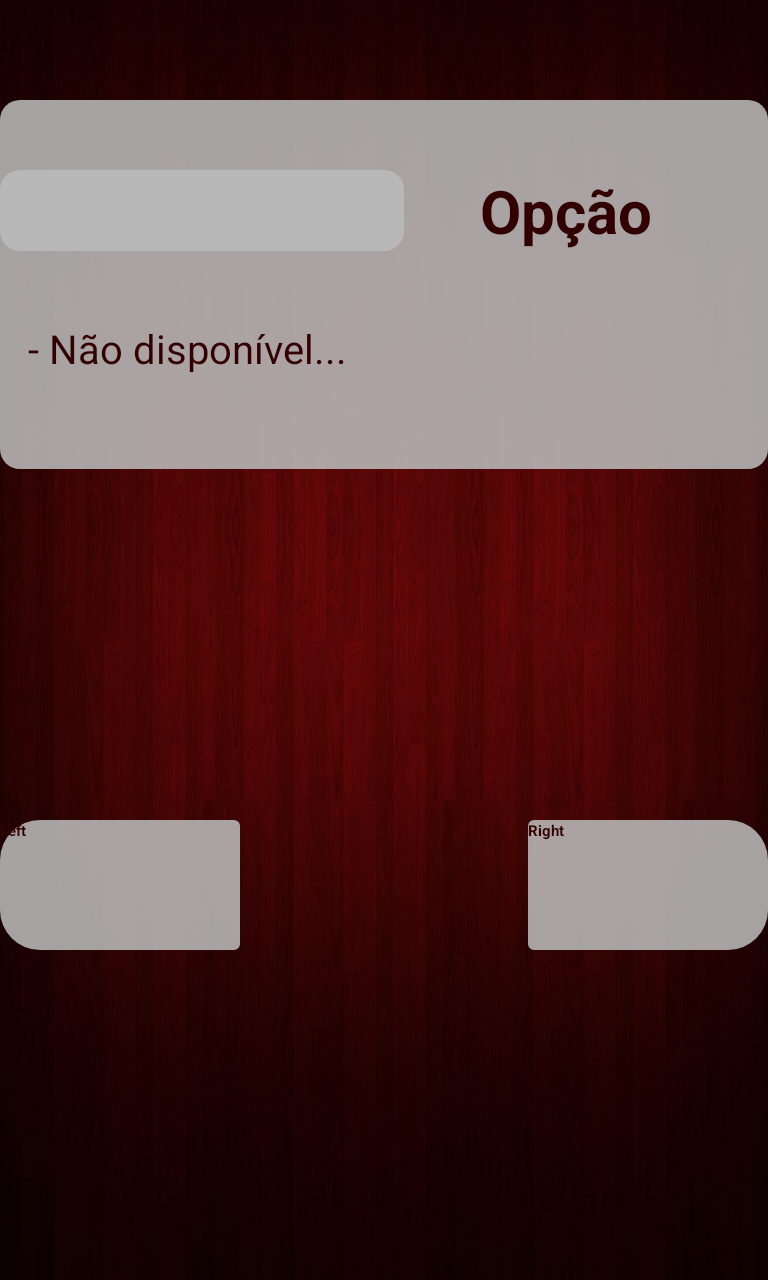
Repository: LuisFilipeDias/eMenu
Layout: SideMenuTutorial/res/layout/display_fragment.xml
An editor plug-in stored every save of this project. The layout is shown before and after the next save, followed by the edit.
It is drawn on a 768 x 1280 px phone screen (xhdpi) without system bars, with theme Theme.Sherlock; the app's code is not run.

Above is the layout before, as saved 2013-12-23 18:57:03.

### SideMenuTutorial/res/layout/display_fragment.xml
<LinearLayout xmlns:android="http://schemas.android.com/apk/res/android"
    xmlns:tools="http://schemas.android.com/tools"
    android:id="@+id/scrollView1"
    android:layout_width="match_parent"
    android:layout_height="match_parent"
	android:layout_marginLeft="15dp"
	android:layout_marginRight="15dp"
    android:orientation="vertical"
    android:background="@drawable/back_a"
    tools:context=".MainActivity" >

	<ScrollView
	    android:layout_width="match_parent"
	    android:layout_height="match_parent" >


    <RelativeLayout
        android:layout_width="match_parent"
        android:layout_height="match_parent">

	    <ScrollView
            android:id="@+id/display_scroll"
	        android:layout_width="match_parent"
	        android:layout_height="380dp" >

            <RelativeLayout
                android:id="@+id/display_ll_1"
                android:layout_width="match_parent"
                android:layout_height="wrap_content"
                android:layout_marginBottom="100dp"
                android:layout_marginTop="50dp"
                android:background="@drawable/center_clicked"
                android:orientation="vertical" >

                <TextView
                    android:id="@+id/bogus_ttl"
                    android:layout_width="202dp"
                    android:layout_height="wrap_content"
                    android:layout_marginBottom="20dp"
                    android:layout_marginTop="35dp"
                    android:layout_alignParentLeft="true"
                    android:gravity="center_horizontal|center_vertical"
                    android:background="@drawable/center_clicked"
                    android:textAppearance="?android:attr/textAppearanceLarge"
                    android:textColor="@color/brown"
                    android:textSize="30sp"
                    android:textStyle="bold" />

                <TextView
                    android:id="@+id/bogus_ttl"
                    android:layout_width="202dp"
                    android:layout_height="wrap_content"
                    android:layout_marginBottom="20dp"
                    android:layout_marginTop="35dp"
                    android:layout_alignParentRight="true"
                    android:gravity="center_horizontal|center_vertical"
                    android:text="@string/bogus_ttl"
                    android:textAppearance="?android:attr/textAppearanceLarge"
                    android:textColor="@color/brown"
                    android:textSize="30sp"
                    android:textStyle="bold" />

                <RelativeLayout
                    android:id="@+id/disp_rel2"
                    android:layout_width="match_parent"
                    android:layout_height="wrap_content"
                    android:layout_marginTop="15dp"
                    android:orientation="vertical"
                    android:layout_below="@+id/bogus_ttl" >

                    <TextView
                        android:id="@+id/bogus_txt"
                        android:layout_width="wrap_content"
                        android:layout_height="wrap_content"
                        android:layout_alignParentLeft="true"
                        android:layout_alignParentTop="true"
                        android:layout_marginLeft="14dp"
                        android:maxWidth="230dp"
                        android:text="@string/bogus_txt"
                        android:textAppearance="?android:attr/textAppearanceLarge"
                        android:textColor="@color/brown"
                        android:textSize="20sp" />

                    <TextView
                        android:id="@+id/bogus_price"
                        android:layout_width="wrap_content"
                        android:layout_height="wrap_content"
                        android:layout_alignParentRight="true"
                        android:layout_alignParentTop="true"
                        android:layout_marginRight="14dp"
                        android:gravity="center_horizontal"
                        android:text="@string/bogus_price"
                        android:textAppearance="?android:attr/textAppearanceLarge"
                        android:textColor="@color/brown"
                        android:textSize="20sp"
                        android:textStyle="bold" />
                </RelativeLayout>
            </RelativeLayout>
    	</ScrollView>

	        <RelativeLayout
	            android:layout_marginTop="30dp"
	            android:layout_width="match_parent"
	            android:layout_height="match_parent"
	            android:layout_alignParentBottom="true"
	            android:layout_below="@+id/display_scroll" >

	            <Button
	                android:id="@+id/right_button"
	                android:text="@string/right_btn_txt"
                    android:textColor="@color/brown"
	                android:textStyle="bold"
	                android:layout_width="120dp"
	                android:layout_height="65dp"
	                android:background="@drawable/right_tri_clicked"
	                android:orientation="vertical"
	                android:layout_alignParentRight="true"
	                android:onClick="rightClicked" >
	            </Button>

	            <Button
	                android:id="@+id/left_button"
	                android:text="@string/left_btn_txt"
                    android:textColor="@color/brown"
	                android:textStyle="bold"
	                android:layout_width="120dp"
	                android:layout_height="65dp"
	                android:background="@drawable/left_tri_clicked"
	                android:orientation="vertical"
	                android:layout_alignParentLeft="true"
	                android:onClick="leftClicked" >
	            </Button>
        	</RelativeLayout>
    </RelativeLayout>
    </ScrollView>

</LinearLayout>

### SideMenuTutorial/res/drawable/center_clicked.xml
<?xml version="1.0" encoding="utf-8"?>
<selector xmlns:android="http://schemas.android.com/apk/res/android">
<!-- Button Focused-->
    <item   android:state_focused="true"
            android:state_pressed="false"
            android:drawable="@drawable/center_bg"
            />
<!-- Button Focused Pressed-->
    <item   android:state_focused="true"
            android:state_pressed="true"
            android:drawable="@drawable/center_bg"
            />
<!-- Button Pressed-->
    <item   android:state_focused="false"
            android:state_pressed="true"
            android:drawable="@drawable/center_bg"
            />
<!-- Button Default Image-->
    <item   android:drawable="@drawable/center_hover"/>

</selector>

### SideMenuTutorial/res/values/colors.xml
<?xml version="1.0" encoding="utf-8"?>
<resources>
        <color name="background_color">#888888</color>
        <color name="text_color">#00FFFF</color>
        <color name="random_color">#0000FF</color>
        <color name="light_grey">#EBEBEB</color>
        <color name="medium_grey">#A0A0A0</color>
        <color name="dark_grey">#646464</color>
        <color name="light_red">#FFE2E2</color>
        <color name="medium_red">#FFB4B4</color>
        <color name="light_blue">#E2E2FF</color>
        <color name="medium_blue">#B4B4FF</color>
        <color name="dark_blue">#0000FF</color>
        <color name="light_green">#E2FFE2</color>
        <color name="medium_green">#B4FFB4</color>
        <color name="emenu_color">#9F9F9F</color>
        <color name="light_orange">#FFC983</color>
        <color name="medium_orange">#FFB778</color>
        <color name="light_yellow">#FFFFBF</color>
        <color name="medium_yellow">#FFFFA3</color>
        <color name="white">#FFFFFF</color>
        <color name="top_blue">#3399CC</color>
        <color name="brown">#330000</color>
</resources>

### SideMenuTutorial/res/values/strings.xml
<?xml version="1.0" encoding="utf-8"?>
<resources>


    <string name="drawer_close">drawer_close</string>
    <string name="drawer_open">drawer_open</string>
    <string name="title_activity_fetch_database">title_activity_fetch_database</string>
    <string name="title_activity_main">Escolher Restaurante</string>
    <string name="title_activity_display">Escolher Opção</string>
    <string name="title_activity_menu">Restaurantes</string>
    <string name="title_display_activity">Escolher</string>
    <string name="action_settings">action_settings</string>
    <string name="Fragment1">Fragment1</string>
    <string name="Fragment2">Fragment2</string>
    <string name="Fragment3">Fragment3</string>
    <string name="hello_world">Hello</string>
    <string name="Fragment1">Fragment1</string>
    <string name="menu_settings">Definições</string>

    <string name="menu_txt">Menus</string>
    <string name="entry_txt">Entradas</string>
    <string name="meat_txt">Pratos de Carne</string>
    <string name="fish_txt">Pratos de peixe</string>
    <string name="others_txt">Outros Pratos</string>
    <string name="deserts_txt">Sobremesas</string>
    <string name="drinks_txt">Bebidas</string>

    <string name="app_name">eMenu</string>
    <string name="carte_ttl">Ementas</string>
    <string name="info_ttl">Informações</string>

    <string name="resumee_ttl">Resumo:</string>
    <string name="resumee_txt">.    Não definido    </string>
    <string name="website_ttl">Website:</string>
    <string name="website_txt">.    Não definido    </string>
    <string name="location_ttl">Localização:</string>
    <string name="location_txt">.    Não definido    </string>
    <string name="contacts_ttl">Contactos:</string>
    <string name="phone_txt">- Telefones -</string>
    <string name="email_txt">- Emails -</string>

    <string name="bogus_ttl">Opção</string>
    <string name="bogus_txt"> - Não disponível...\n\n</string>
    <string name="bogus_price"> </string>

    <string name="left_btn_txt">Left</string>
    <string name="right_btn_txt">Right</string>
</resources>

### SideMenuTutorial/res/drawable/right_tri_clicked.xml
<?xml version="1.0" encoding="utf-8"?>
<selector xmlns:android="http://schemas.android.com/apk/res/android">
<!-- Button Focused-->
    <item   android:state_focused="true"
            android:state_pressed="false"
            android:drawable="@drawable/right_tri_bg"
            />
<!-- Button Focused Pressed-->
    <item   android:state_focused="true"
            android:state_pressed="true"
            android:drawable="@drawable/right_tri_bg"
            />
<!-- Button Pressed-->
    <item   android:state_focused="false"
            android:state_pressed="true"
            android:drawable="@drawable/right_tri_bg"
            />
<!-- Button Default Image-->
    <item   android:drawable="@drawable/right_tri_hover"/>

</selector>

### SideMenuTutorial/res/drawable/left_tri_clicked.xml
<?xml version="1.0" encoding="utf-8"?>
<selector xmlns:android="http://schemas.android.com/apk/res/android">
<!-- Button Focused-->
    <item   android:state_focused="true"
            android:state_pressed="false"
            android:drawable="@drawable/left_tri_bg"
            />
<!-- Button Focused Pressed-->
    <item   android:state_focused="true"
            android:state_pressed="true"
            android:drawable="@drawable/left_tri_bg"
            />
<!-- Button Pressed-->
    <item   android:state_focused="false"
            android:state_pressed="true"
            android:drawable="@drawable/left_tri_bg"
            />
<!-- Button Default Image-->
    <item   android:drawable="@drawable/left_tri_hover"/>

</selector>

### SideMenuTutorial/res/drawable/left_tri_bg.xml
<?xml version="1.0" encoding="UTF-8"?>
<shape xmlns:android="http://schemas.android.com/apk/res/android">
<!--this is to give gradient effect -->
<gradient   android:angle="270"
            android:startColor="#FFFFFFFF"
            android:endColor="#FFFFFFFF"
            />
<!-- this is make corners of button rounded -->
<corners    android:topLeftRadius="20dip"
               android:bottomRightRadius="3dip"
               android:topRightRadius="3dip"
               android:bottomLeftRadius="20dip"/>

</shape>

### SideMenuTutorial/res/drawable/left_tri_hover.xml
<?xml version="1.0" encoding="UTF-8"?>
<shape xmlns:android="http://schemas.android.com/apk/res/android">
<!--this is to give gradient effect -->
<gradient   android:angle="270"
               android:startColor="#DDBBBBBB"
               android:endColor="#DDBBBBBB"
               />
<!-- this is make corners of button rounded -->
<corners    android:topLeftRadius="20dip"
               android:bottomRightRadius="3dip"
               android:topRightRadius="3dip"
               android:bottomLeftRadius="20dip"/>

</shape>

### SideMenuTutorial/res/drawable/right_tri_bg.xml
<?xml version="1.0" encoding="UTF-8"?>
<shape xmlns:android="http://schemas.android.com/apk/res/android">
<!--this is to give gradient effect -->
<gradient   android:angle="270"
            android:startColor="#FFFFFFFF"
            android:endColor="#FFFFFFFF"
            />
<!-- this is make corners of button rounded -->
<corners    android:topLeftRadius="3dip"
               android:bottomRightRadius="20dip"
               android:topRightRadius="20dip"
               android:bottomLeftRadius="3dip"/>

</shape>

### SideMenuTutorial/res/drawable/right_tri_hover.xml
<?xml version="1.0" encoding="UTF-8"?>
<shape xmlns:android="http://schemas.android.com/apk/res/android">
<!--this is to give gradient effect -->
<gradient   android:angle="270"
               android:startColor="#DDBBBBBB"
               android:endColor="#DDBBBBBB"
               />
<!-- this is make corners of button rounded -->
<corners    android:topLeftRadius="3dip"
               android:bottomRightRadius="20dip"
               android:topRightRadius="20dip"
               android:bottomLeftRadius="3dip"/>

</shape>

### SideMenuTutorial/res/drawable/center_bg.xml
<?xml version="1.0" encoding="UTF-8"?>
<shape xmlns:android="http://schemas.android.com/apk/res/android">
<!--this is to give gradient effect -->
<gradient   android:angle="270"
            android:startColor="#FFFFFFFF"
            android:endColor="#FFFFFFFF"
            />
<!-- this is make corners of button rounded -->
<corners    android:topLeftRadius="10dip"
               android:bottomRightRadius="10dip"
               android:topRightRadius="10dip"
               android:bottomLeftRadius="10dip"/>

</shape>

### SideMenuTutorial/res/drawable/center_hover.xml
<?xml version="1.0" encoding="UTF-8"?>
<shape xmlns:android="http://schemas.android.com/apk/res/android">
<!--this is to give gradient effect -->
<gradient   android:angle="270"
               android:startColor="#DDBBBBBB"
               android:endColor="#DDBBBBBB"
               />
<!-- this is make corners of button rounded -->
<corners    android:topLeftRadius="10dip"
               android:bottomRightRadius="10dip"
               android:topRightRadius="10dip"
               android:bottomLeftRadius="10dip"/>

</shape>

After the next save:
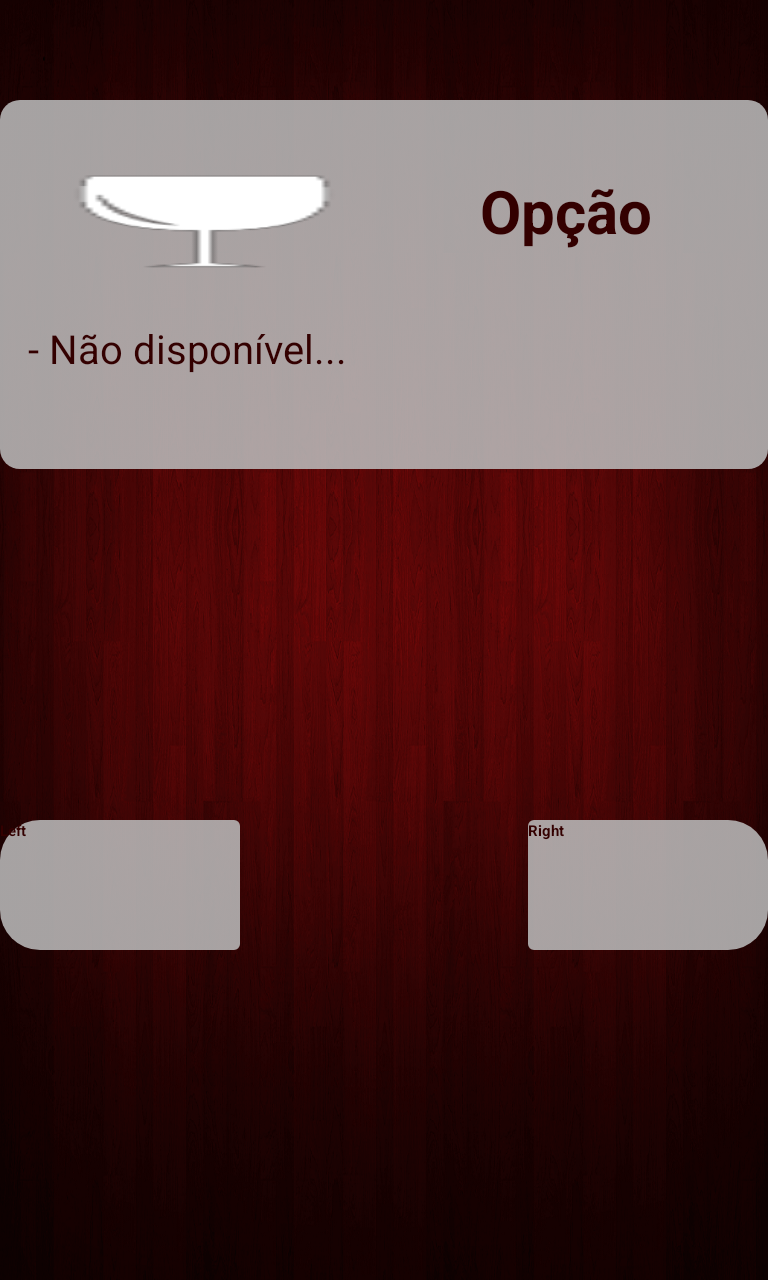
Saved 14 s later.
--- a/SideMenuTutorial/res/layout/display_fragment.xml
+++ b/SideMenuTutorial/res/layout/display_fragment.xml
@@ -40,7 +40,7 @@
                     android:layout_marginTop="35dp"
                     android:layout_alignParentLeft="true"
                     android:gravity="center_horizontal|center_vertical"
-                    android:background="@drawable/center_clicked"
+                    android:background="@drawable/drink"
                     android:textAppearance="?android:attr/textAppearanceLarge"
                     android:textColor="@color/brown"
                     android:textSize="30sp"
